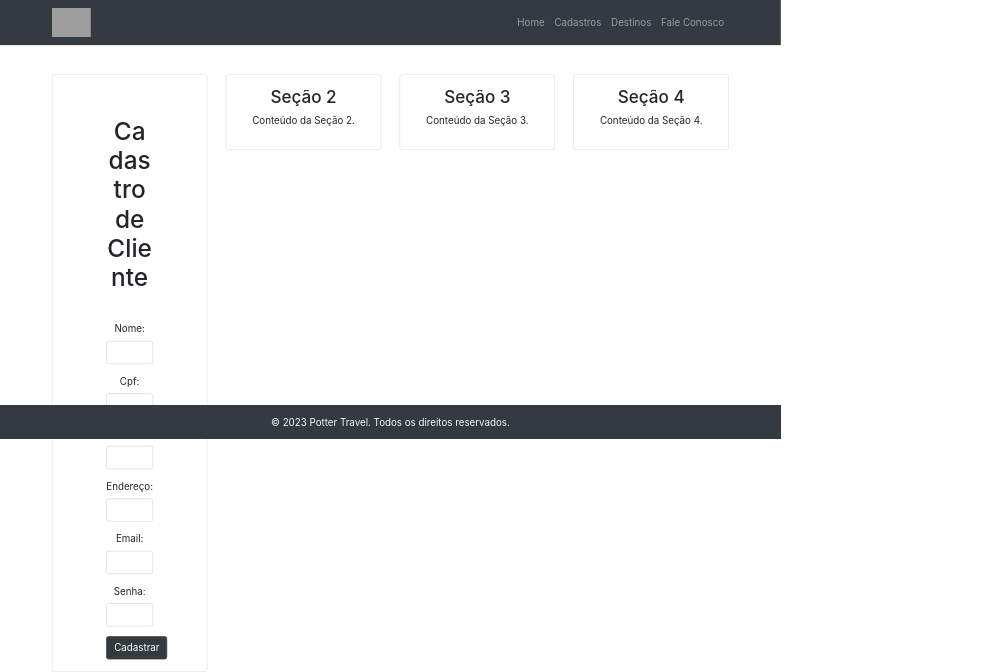
Repository: marcelledssantos/PotterTravel-MVC
Page: PotterTravel-MVC/src/main/webapp/index.html
These files come from the project's save history. The page is drawn as it stood at one moment and after the next save; the edit follows.
The browser window is 1280 px wide. The page is 1280 px wide, then 1636 px, so the pictures cover 1636 px, including what lies to the right of the window. The pictures show the whole page, at 61% of full size.
Pictures or frames that could not be fetched are drawn as grey boxes. Some web libraries are served in a nearby version.

Above is the page before, as saved 2023-11-01 02:17:24.

### PotterTravel-MVC/src/main/webapp/index.html
<!DOCTYPE html>
<html lang="pt-br">
<head>
    <meta charset="UTF-8">
    <meta name="viewport" content="width=device-width, initial-scale=1.0">
    <title>Home</title>
    <!-- Inclua o link para o Bootstrap via CDN -->
    <link rel="icon" type="image/x-icon" href="./icon/favicon.ico">
    <link rel="stylesheet" href="https://cdn.jsdelivr.net/npm/bootstrap@4.5.3/dist/css/bootstrap.min.css"
    integrity="sha384-TX8t27EcRE3e/ihU7zmQxVncDAy5uIKz4rEkgIXeMed4M0jlfIDPvg6uqKI2xXr2" crossorigin="anonymous">
</head>
<body>
    <!-- Cabeçalho -->
    <header>
        <nav class="navbar navbar-expand-lg navbar-dark  bg-dark text-light">
            <div class="container">
                <a class="navbar-brand" href="#"><img src="./icon/samurai.png"/ height="48px"></a>
                <button class="navbar-toggler" type="button" data-toggle="collapse" data-target="#navbarNav" aria-controls="navbarNav" aria-expanded="false" aria-label="Toggle navigation">
                    <span class="navbar-toggler-icon"></span>
                </button>
                <div class="collapse navbar-collapse" id="navbarNav">
                    <ul class="navbar-nav ml-auto">
                        <li class="nav-item">
                            <a class="nav-link" href="#">Home</a>
                        </li>
                        <li class="nav-item">
                            <a class="nav-link" href="ReadController">Cadastros</a>
                        </li>
                        <li class="nav-item">
                            <a class="nav-link" href="#sobre">Destinos</a>
                        </li>
                        <li class="nav-item">
                            <a class="nav-link" href="#contato">Fale Conosco</a>
                        </li>
                    </ul>
                </div>
            </div>
        </nav>
    </header>

    <!-- Corpo da Página -->
    <div class="container text-center mt-5">
        <div class="row">
            <div class="col-md-3">
                <div class="card">
                    <div class="card-body">
                       <div class="container">
		<div class="row justify-content-center">
			<div class="col-md-6">
				<h1 class="mt-5" >Cadastro de Cliente</h1>
				<form class="mt-5" action="CreateController" method="post">
					<div class="form-group">
						<label for="nome">Nome:</label> <input type="text"
							class="form-control" id="nome" name="nome" required>
					</div>
					<div class="form-group">
						<label for="nome">Cpf:</label> <input type="text"
							class="form-control" id="cpf" name="cpf" required>
					</div>
					<div class="form-group">
						<label for="nome">Telefone:</label> <input type="text"
							class="form-control" id="telefone" name="telefone" required>
					</div>
					<div class="form-group">
						<label for="login">Endereço:</label> <input type="text"
							class="form-control" id="endereco" name="endereco" required>
					</div>
					<div class="form-group">
						<label for="login">Email:</label> <input type="email"
							class="form-control" id="email" name="email" required>
					</div>
					<div class="form-group">
						<label for="senha">Senha:</label> <input type="password"
							class="form-control" id="senha" name="senha" required>
					</div>
					<button type="submit" class="btn btn-dark">Cadastrar</button>
				</form>
			</div>
		</div>
	</div>
                    </div>
                </div>
            </div>
            <div class="col-md-3">
                <div class="card">
                    <div class="card-body">
                        <h3>Seção 2</h3>
                        <p>Conteúdo da Seção 2.</p>
                    </div>
                </div>
            </div>
            <div class="col-md-3">
                <div class="card">
                    <div class="card-body">
                        <h3>Seção 3</h3>
                        <p>Conteúdo da Seção 3.</p>
                    </div>
                </div>
            </div>
            <div class="col-md-3">
                <div class="card">
                    <div class="card-body">
                        <h3>Seção 4</h3>
                        <p>Conteúdo da Seção 4.</p>
                    </div>
                </div>
            </div>
        </div>
    </div>

    <!-- Rodapé -->
    <footer class="bg-dark text-light text-center py-3 fixed-bottom">
        &copy; 2023 Potter Travel. Todos os direitos reservados.
    </footer>

    <!-- Inclua os scripts do Bootstrap via CDN -->
    <script src="https://code.jquery.com/jquery-3.5.1.slim.min.js"></script>
    <script src="https://cdn.jsdelivr.net/npm/@popperjs/core@2.5.3/dist/umd/popper.min.js"></script>
    <script src="https://maxcdn.bootstrapcdn.com/bootstrap/4.5.2/js/bootstrap.min.js"></script>
</body>
</html>

After the next save:
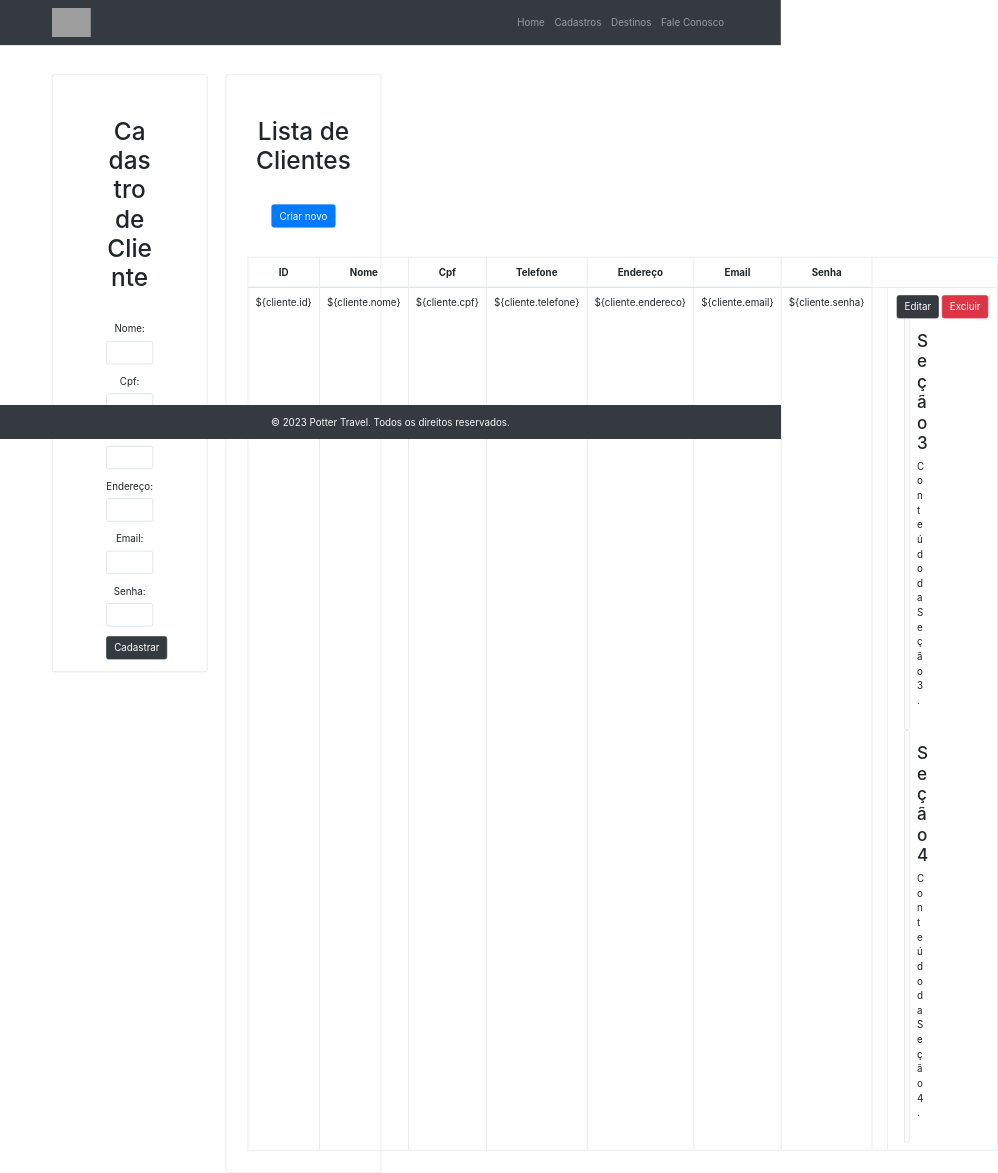
Saved 94 s later.
--- a/PotterTravel-MVC/src/main/webapp/index.html
+++ b/PotterTravel-MVC/src/main/webapp/index.html
@@ -84,8 +84,36 @@
             <div class="col-md-3">
                 <div class="card">
                     <div class="card-body">
-                        <h3>Seção 2</h3>
-                        <p>Conteúdo da Seção 2.</p>
+                       <h1 class="mt-5">Lista de Clientes</h1>
+	<div class="container mt-5">
+	<a href="./cadastro.jsp" class="btn btn-primary mb-5">Criar novo</a>
+		<table class="table table-bordered">
+			<thead>
+				<tr>
+					<th>ID</th>
+					<th>Nome</th>
+					<th>Cpf</th>
+					<th>Telefone</th>
+					<th>Endereço</th>
+					<th>Email</th>
+					<th>Senha</th>
+				</tr>
+			</thead>
+			<tbody>
+				<jstl:forEach items="${clientes}" var="cliente">
+					<tr>
+						<td>${cliente.id}</td>
+						<td>${cliente.nome}</td>
+						<td>${cliente.cpf}</td>
+						<td>${cliente.telefone}</td>
+						<td>${cliente.endereco}</td>
+						<td>${cliente.email}</td>
+						<td>${cliente.senha}</td>
+						<td>
+							<td>
+							<a href="UpdateController?id=${cliente.id}" class="btn btn-dark">Editar</a>
+							<a href="DeleteController?id=${cliente.id}"
+							class="btn btn-danger">Excluir</a>
                     </div>
                 </div>
             </div>
